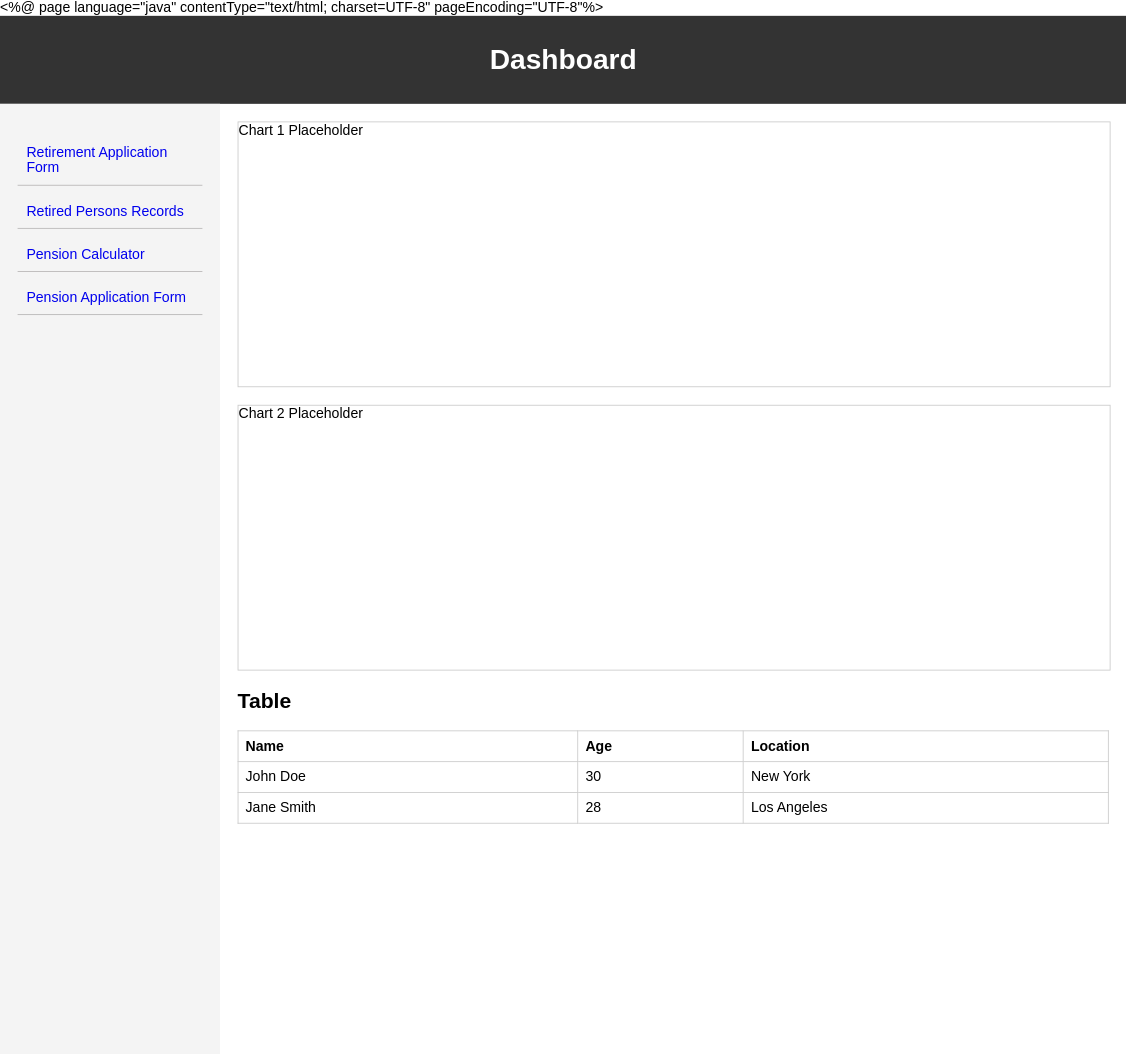
Repository: AQSA-ABDULLAH/RetirementManagmentSystem
Page: RetimentManagmentSystem/src/main/webapp/Dashboard.html
An editor plug-in stored every save of this project. The page is shown before and after the next save, followed by the edit.
The browser window is 1280 px wide. The pictures show the whole page, at 88% of full size.

Above is the page before, as saved 2023-08-16 15:38:24.

### RetimentManagmentSystem/src/main/webapp/Dashboard.html
<%@ page language="java" contentType="text/html; charset=UTF-8" pageEncoding="UTF-8"%>
<!DOCTYPE html>
<html>
<head>
    <title>Dashboard Example</title>
    <link rel="stylesheet" type="text/css" href="Dashboard.css">
</head>
<body>
    <div id="header">
        <h1>Dashboard</h1>
    </div>

    <div id="sidebar">
        <ul>
            <li><a href="#">Retirement Application Form</a></li>
            <li><a href="#">Retired Persons Records</a></li>
            <li><a href="/PensionCalculator.html">Pension Calculator</a></li>
            <li><a href="#">Pension Application Form</a></li>
            <!-- Add more navigation links as needed -->
        </ul>
    </div>

    <div id="content">
        <div class="chart">Chart 1 Placeholder</div>
        <div class="chart">Chart 2 Placeholder</div>

        <h2>Table</h2>
        <table>
            <tr>
                <th>Name</th>
                <th>Age</th>
                <th>Location</th>
            </tr>
            <tr>
                <td>John Doe</td>
                <td>30</td>
                <td>New York</td>
            </tr>
            <tr>
                <td>Jane Smith</td>
                <td>28</td>
                <td>Los Angeles</td>
            </tr>
        </table>
    </div>
</body>
</html>

### RetimentManagmentSystem/src/main/webapp/Dashboard.css
@charset "ISO-8859-1";
body {
    font-family: Arial, sans-serif;
    margin: 0;
    padding: 0;
}

#header {
    background-color: #333;
    color: #fff;
    padding: 10px;
    text-align: center;
}

#sidebar {
    background-color: #f4f4f4;
    width: 250px;
    height: 150vh;
    float: left;
    padding: 20px;
    box-sizing: border-box;
}

#content {
    margin-left: 250px;
    padding: 20px;
}

#sidebar ul li {
    margin-bottom: 10px;
    border-bottom: 1.8px solid #bab8b8;
}

#sidebar ul li a {
    display: block;
    padding: 10px;
    text-decoration: none;
    transition: background-color 0.3s ease;
}

#sidebar ul li a:hover {
    background-color: #444;
    color: white;
}

.chart {
    width: 100%;
    height: 300px;
    border: 1px solid #ccc;
    margin-bottom: 20px;
}

table {
    width: 100%;
    border-collapse: collapse;
}

th, td {
    border: 1px solid #ccc;
    padding: 8px;
    text-align: left;
}

#sidebar ul {
    list-style: none;
    padding: 0;
}

After the next save:
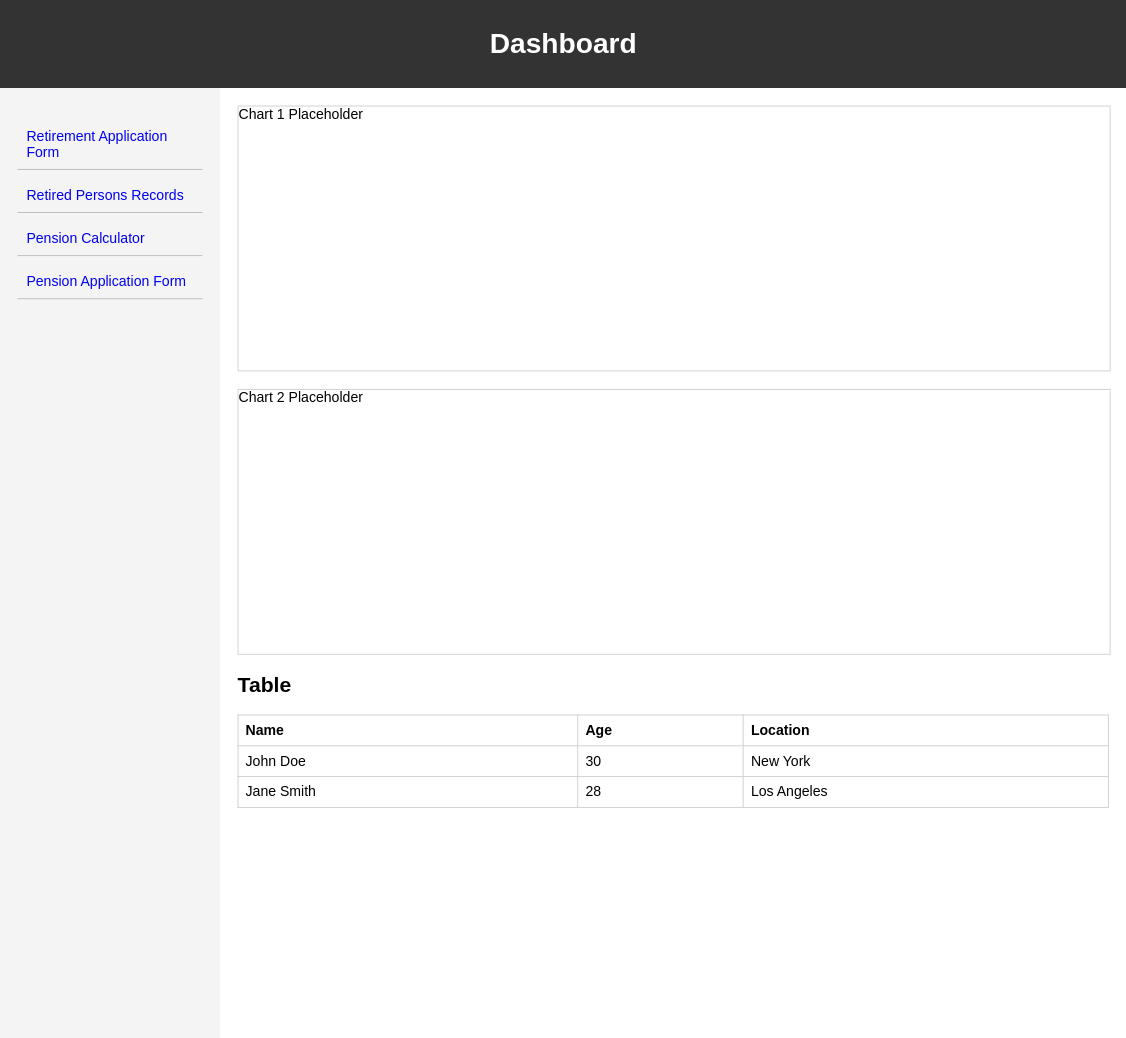
Saved 24 s later.
--- a/RetimentManagmentSystem/src/main/webapp/Dashboard.html
+++ b/RetimentManagmentSystem/src/main/webapp/Dashboard.html
@@ -1,4 +1,3 @@
-<%@ page language="java" contentType="text/html; charset=UTF-8" pageEncoding="UTF-8"%>
 <!DOCTYPE html>
 <html>
 <head>
